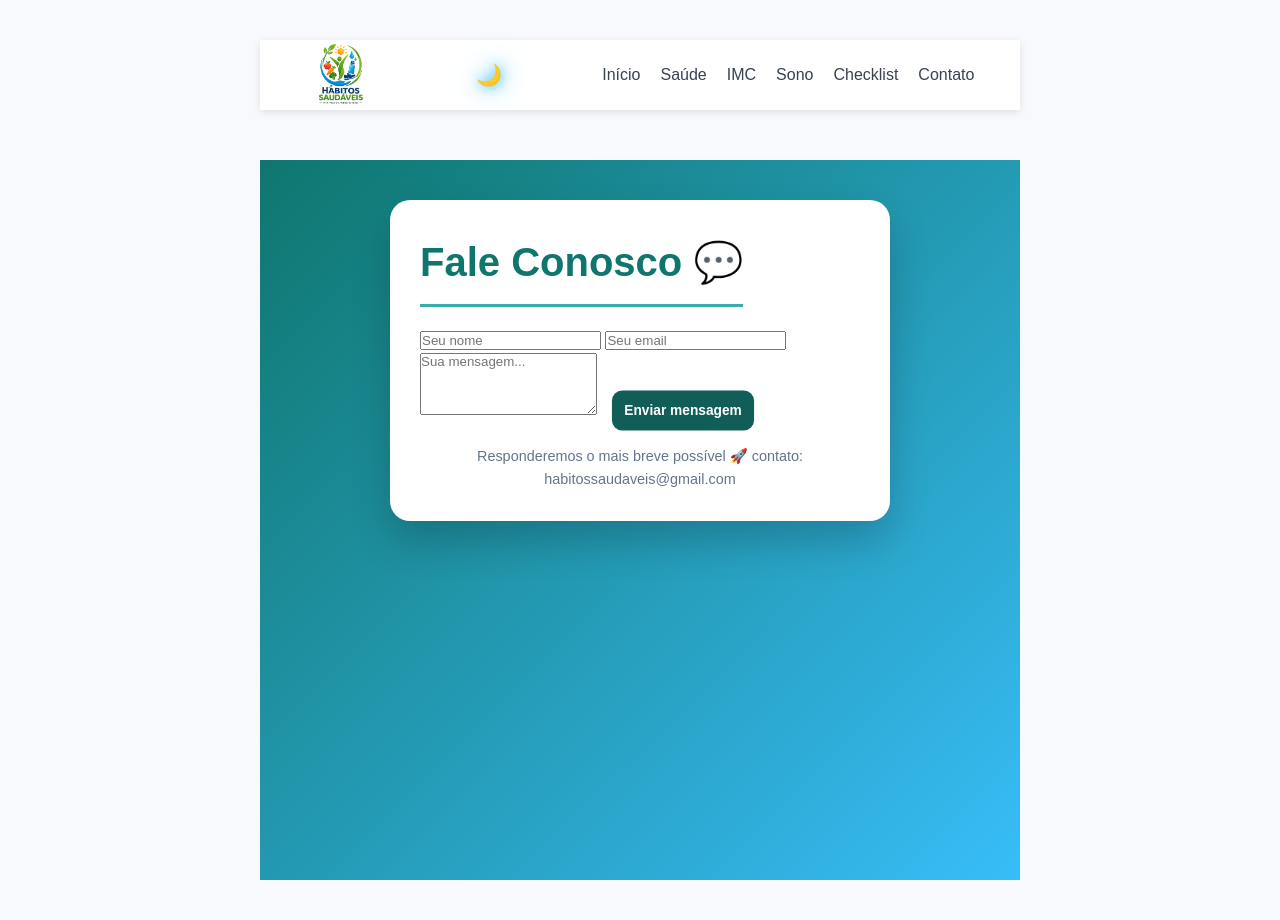
Repository: habitos2026/projetointegrador2026
Page: contato.html
The author's editor kept a copy of each file at every save. The page is drawn from the files as they stood at one save, then again after the next save.
The browser window is 1280 px wide. The pictures show the whole page.
The pointer rests on the first visible `.contato-box button`.

Above is the page before, as saved 2026-06-10 23:14:20.

After the next save:
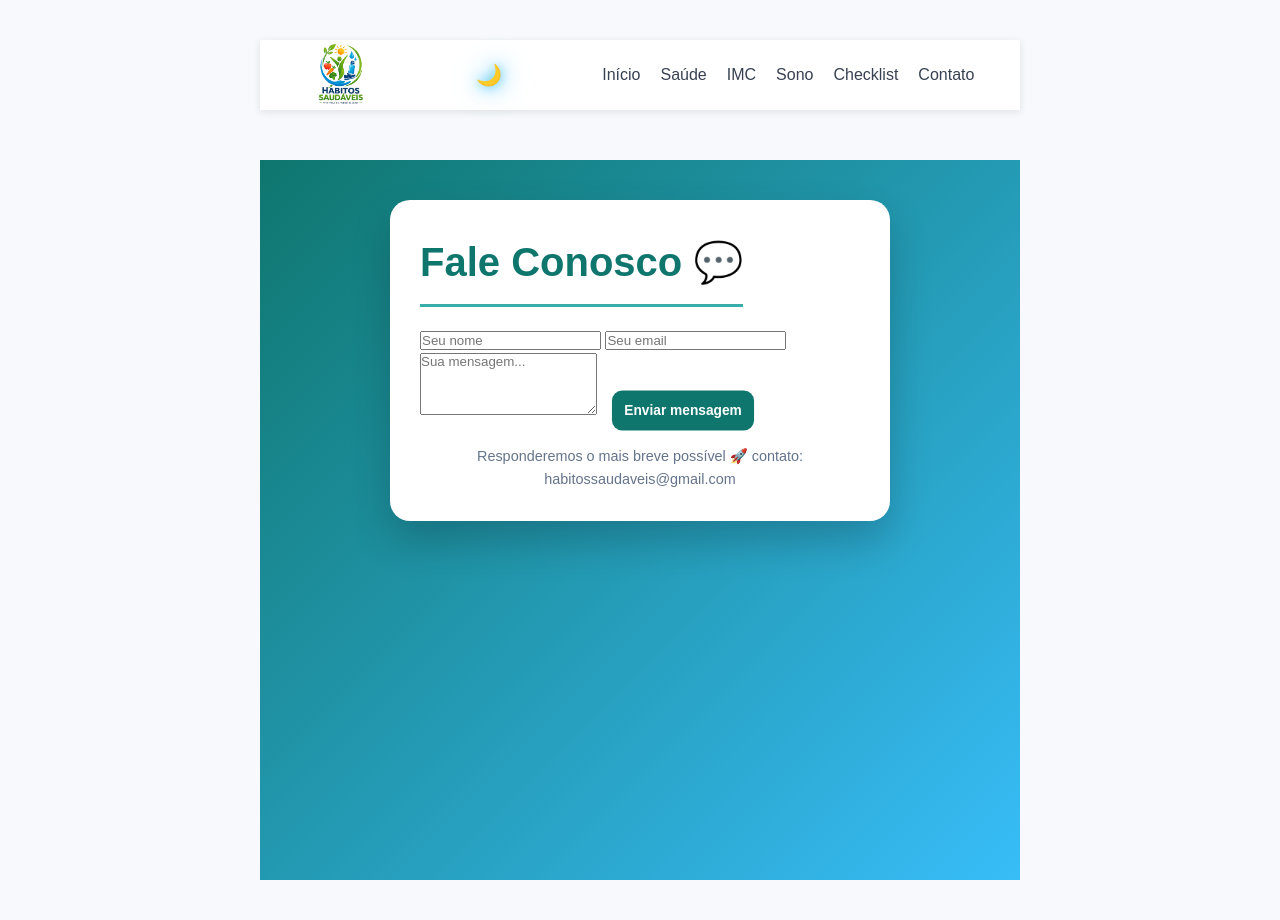
Saved 45 s later.
--- a/contato.html
+++ b/contato.html
@@ -158,7 +158,7 @@
 }
 
 .contato-box button:hover {
-    background: #115e59;
+    background: ;
     transform: scale(1.03);
     box-shadow: 0 0 8px ;
     cursor: pointer;
